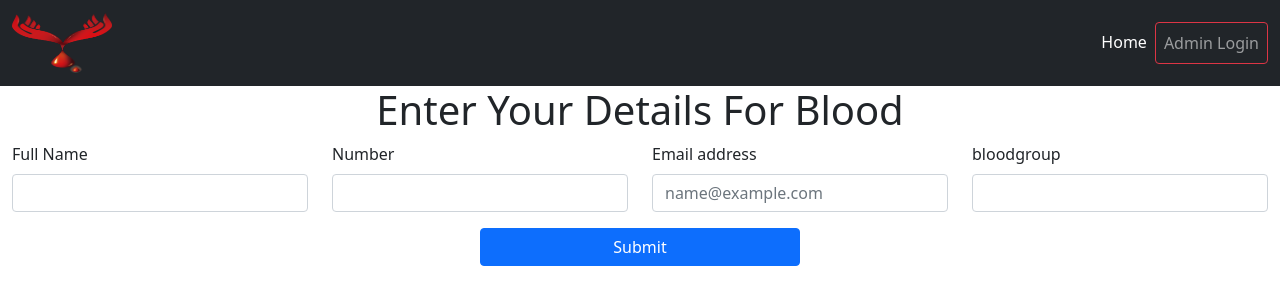
Repository: kshitizJ/Blood-Bank-Management-System-in-jsp
Page: http://localhost/Blood_Bank_Management_System/
These files come from the project's save history. The page is drawn as it stood at one moment and after the next save; the edit follows.
The browser window is 1280 px wide. The pictures show the whole page.
The page is served by Tomcat 9.

Above is the page before, as saved 2021-04-28 14:21:35.

After the next save:
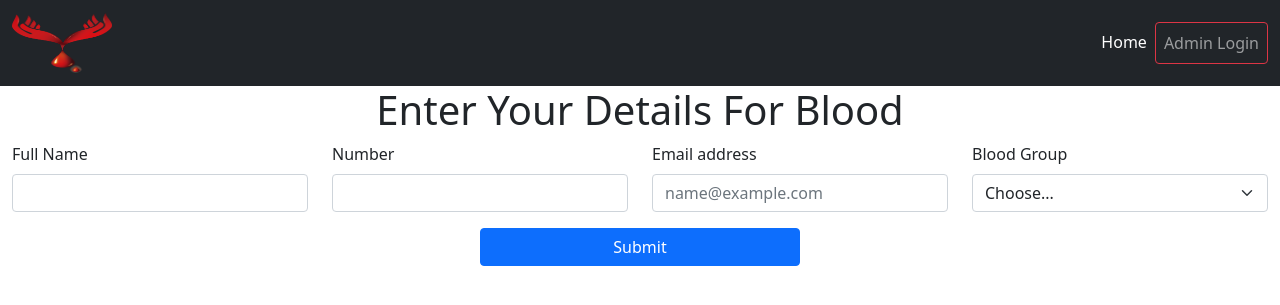
Saved 4 min 44 s later.
--- a/Blood Bank Management System/WebContent/index.jsp
+++ b/Blood Bank Management System/WebContent/index.jsp
@@ -74,8 +74,18 @@
 							placeholder="name@example.com">
 					</div>
 					<div class="mb-3 col-md-3">
-						<label for="bloodgroup" class="form-label">bloodgroup</label> <input
-							type="text" class="form-control" id="bloodgroup" name="bgrp">
+						<label for="brgp" class="form-label">Blood Group</label> <select
+							class="form-select" id="brgp" name="brgp">
+							<option selected>Choose...</option>
+							<option value="A+">A+</option>
+							<option value="A-">A-</option>
+							<option value="B+">B+</option>
+							<option value="B-">B-</option>
+							<option value="O+">O+</option>
+							<option value="O-">O-</option>
+							<option value="AB+">AB+</option>
+							<option value="AB-">AB-</option>
+						</select>
 					</div>
 					<button type="submit" class="btn btn-primary col-3">Submit</button>
 				</form>
